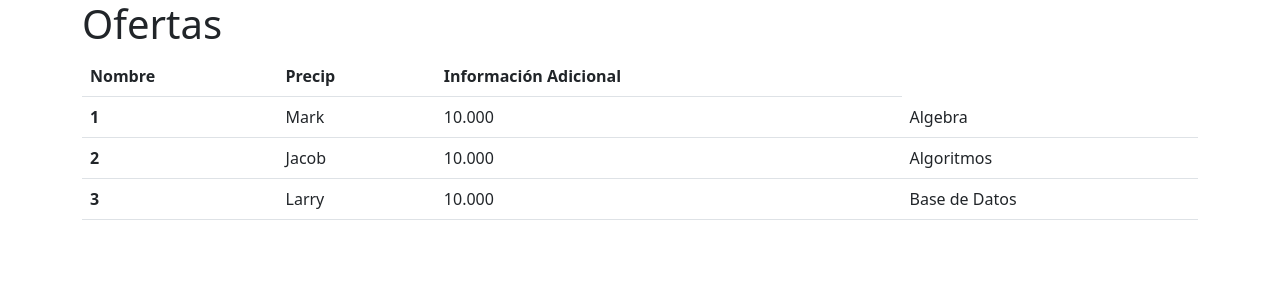
Repository: M4rced/DOO
Page: http://localhost/ofertas
These files come from the project's save history. The page is drawn as it stood at one moment and after the next save; the edit follows.
The browser window is 1280 px wide. The pictures show the whole page.
The page is this project's Thymeleaf template; nobody is signed in. The template is opened directly, without the code that normally fills it, so the values that code supplies are empty.

Above is the page before, as saved 2022-11-15 00:43:17.

After the next save:
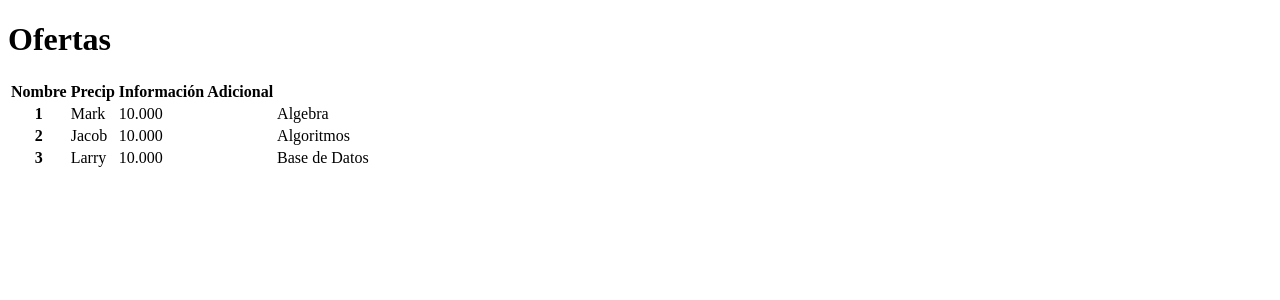
Saved 2 min 3 s later.
--- a/OfertarMinitoria/src/main/resources/templates/ofertas.html
+++ b/OfertarMinitoria/src/main/resources/templates/ofertas.html
@@ -3,8 +3,9 @@
 <head>
 <meta charset="UTF-8">
 <title>Ver ofertas</title>
-<!-- CSS only -->
+<!-- CSS only
 <link href="https://cdn.jsdelivr.net/npm/bootstrap@5.2.2/dist/css/bootstrap.min.css" rel="stylesheet" integrity="sha384-Zenh87qX5JnK2Jl0vWa8Ck2rdkQ2Bzep5IDxbcnCeuOxjzrPF/et3URy9Bv1WTRi" crossorigin="anonymous">
+-->
 </head>
 <body>
 	<div class="container">
